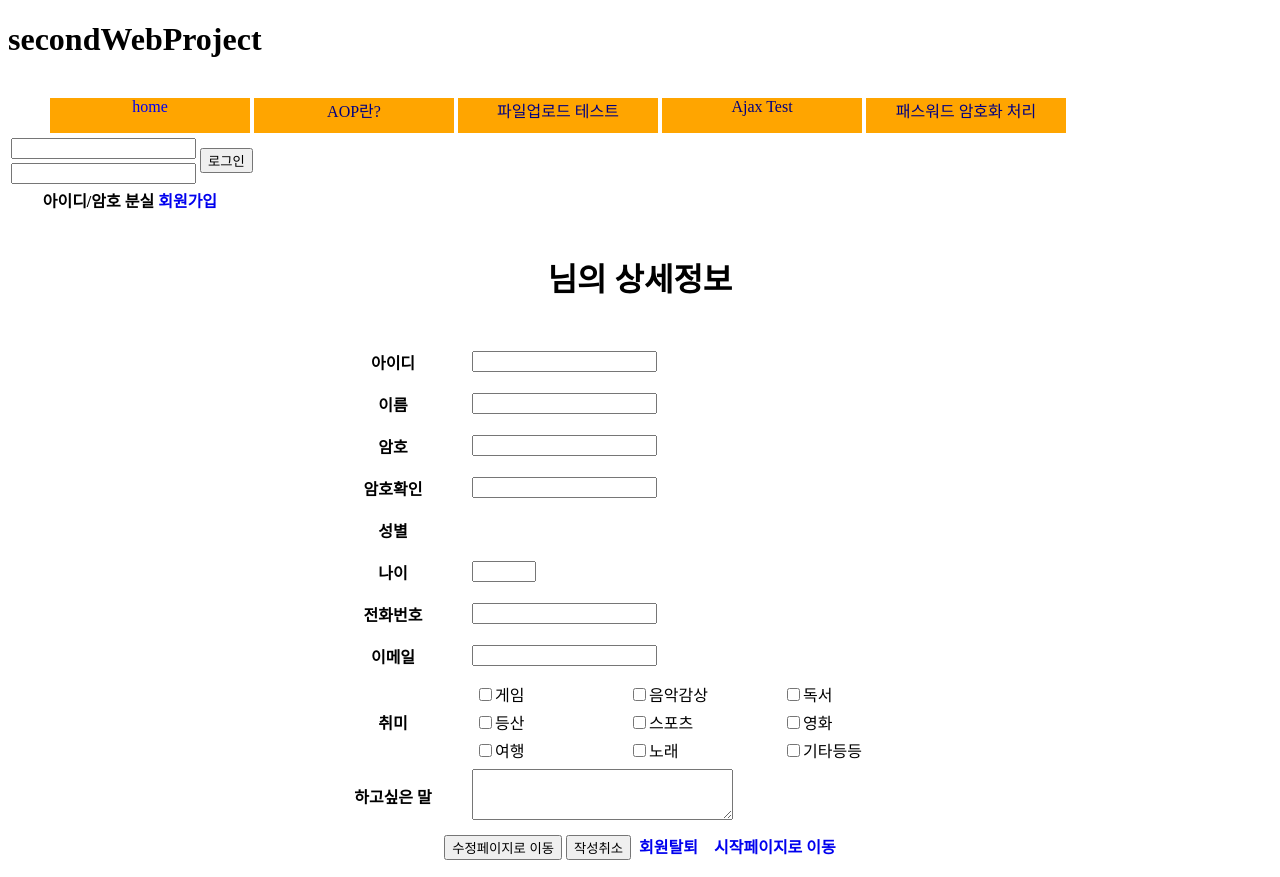
Repository: jeongdoc/KH.S-Class
Page: http://localhost/first/WEB-INF/views/member/memberDetailView.jsp
The author's editor kept a copy of each file at every save. The page is drawn from the files as they stood at one save, then again after the next save.
The browser window is 1280 px wide. The pictures show the whole page.
The page is served by Tomcat 9. Nobody is signed in. The template is opened directly, without the code that normally fills it, so the values that code supplies are empty.

Above is the page before, as saved 2019-04-18 11:25:46.

After the next save:
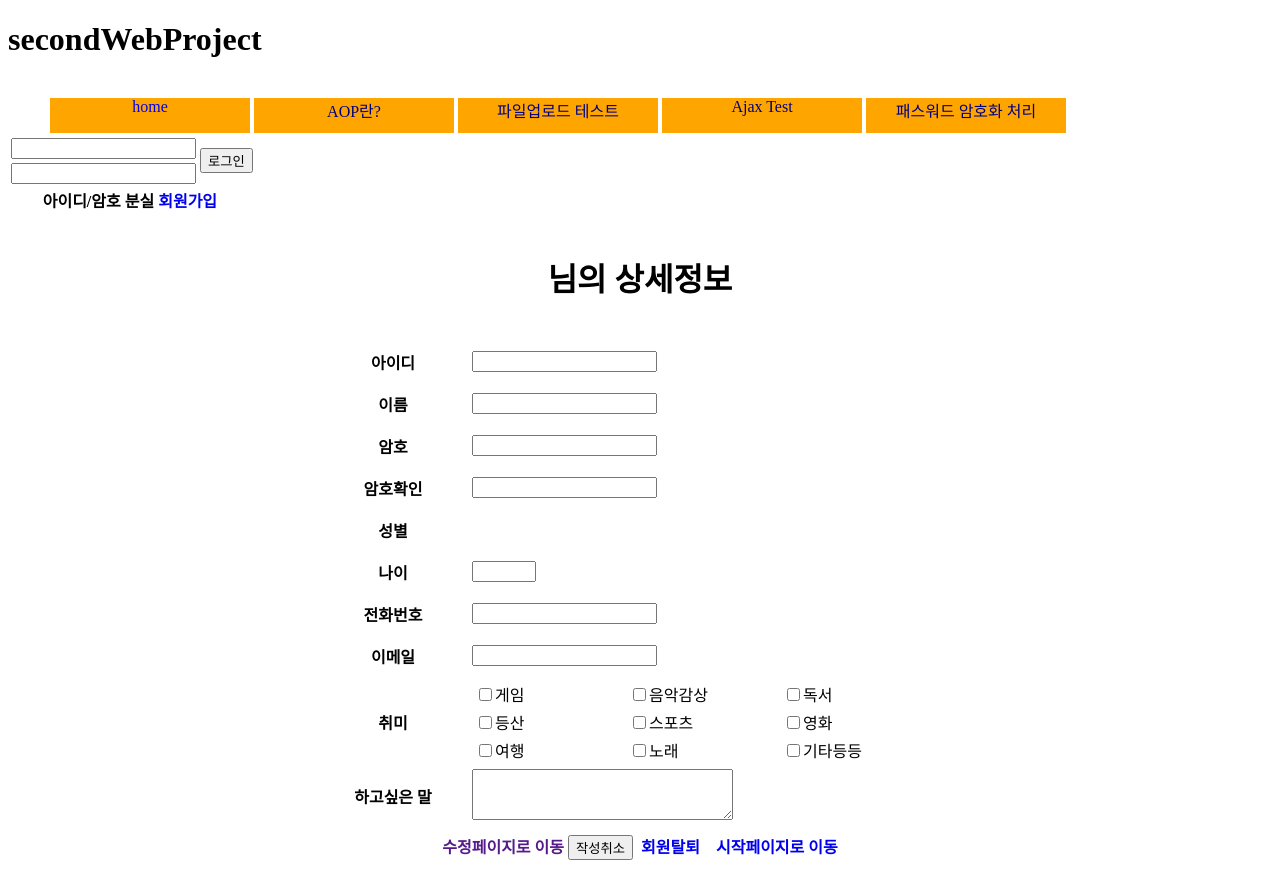
Saved 114 s later.
--- a/framework_space/first/src/main/webapp/WEB-INF/views/member/memberDetailView.jsp
+++ b/framework_space/first/src/main/webapp/WEB-INF/views/member/memberDetailView.jsp
@@ -169,7 +169,8 @@ function moveUpdatePage() {
 	<tr height="40">
 		<th colspan="2">
 		<!-- <input type="submit" value="수정하기"/>&nbsp; -->
-		<button onclick='moveUpdatePage();'>수정페이지로 이동</button>
+		<!-- <button onclick='moveUpdatePage();'>수정페이지로 이동</button> -->
+		<a href="">수정페이지로 이동</a>
 		<input type="reset" value="작성취소"/>&nbsp;
 		<a href="${ mdel }">회원탈퇴</a>
 		&nbsp;&nbsp;
